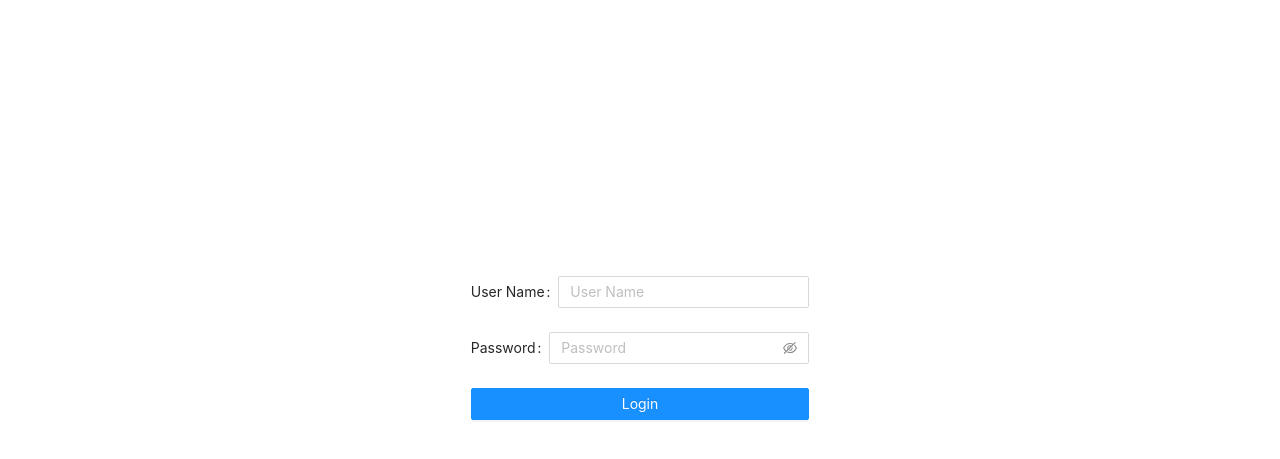
Repository: tiendungjr123/ant-design
Page: /
These files come from the project's save history. The page is drawn as it stood at one moment and after the next save; the edit follows.
The browser window is 1280 px wide. The pictures show the whole page.
The project was rebuilt for these pictures with package versions that can differ from the ones it lists, and the page was loaded fresh each time. Also part of the build but not shown: src/components/AntButton.js, src/components/AntInput.js, src/components/AntSelect.js.

Above is the page before, as saved 2022-09-27 16:24:09.

### src/App.js
import React from "react";
import "./App.css";
import "antd/dist/antd.css";
import AntButton from "./components/AntButton";
import AntInput from "./components/AntInput";
import AntSelect from "./components/AntSelect";
import AntForm from "./components/AntForm";
function App() {
  return (
    <div className="App">
      <AntForm/>
    </div>
  );
}

export default App;

### src/App.css
.App{
  display: flex;
  justify-content: center;
  align-items: center;
  text-align: center;
  min-height: 100vh;
}

### src/components/AntForm.js
import { Button, Form, Input } from 'antd'
import React from 'react'

export default function AntForm() {
  return (
    <div>
      <Form>
        <Form.Item label='User Name' name='username'>
          <Input placeholder='User Name' required></Input>
        </Form.Item>
        <Form.Item label='Password' name='password'>
          <Input.Password placeholder='Password' required></Input.Password>
        </Form.Item>
        <Form.Item>
          <Button type='primary' block>Login</Button>
        </Form.Item>
      </Form>
    </div>
  )
}

Loaded but not shown: public/index.html (common file); src/index.js (common file)

After the next save:
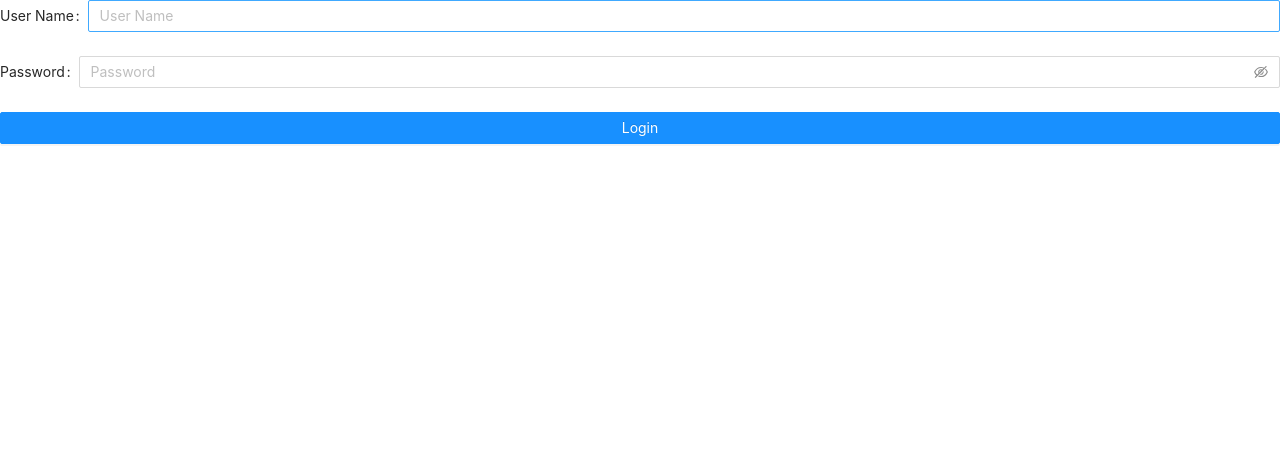
Saved 56 s later.
--- a/src/App.css
+++ b/src/App.css
@@ -1,7 +1,4 @@
 .App{
-  display: flex;
-  justify-content: center;
-  align-items: center;
-  text-align: center;
+
   min-height: 100vh;
 }

After the save that followed:
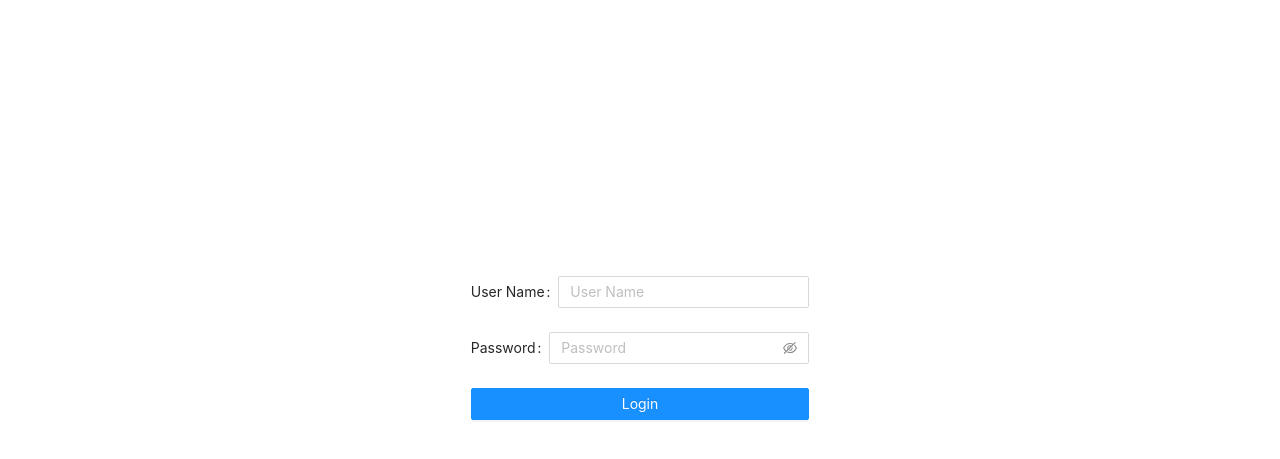
Saved 13 s later.
--- a/src/App.css
+++ b/src/App.css
@@ -1,4 +1,7 @@
 .App{
-
+  display: flex;
+  justify-content: center;
+  align-items: center;
+  text-align: center;
   min-height: 100vh;
 }
